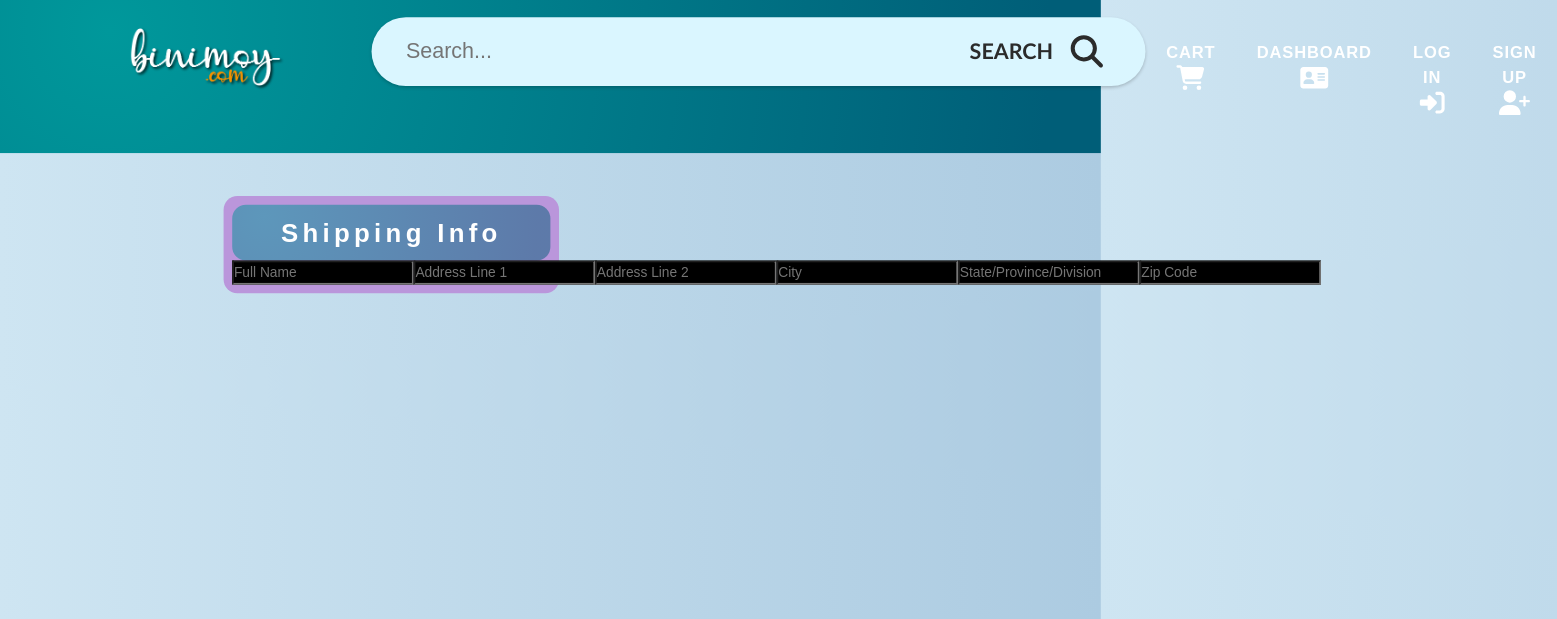
Repository: Shadman2024/2_1_DatabaseProject
Page: /checkout (app in frontend/)
An editor plug-in stored every save of this project. The page is shown before and after the next save, followed by the edit.
The browser window is 1280 px wide. The page is 1811 px wide, so the pictures cover 1811 px, including what lies to the right of the window. The pictures show the whole page, at 86% of full size.
Some web libraries are served in a nearby version. The project was rebuilt for these pictures with package versions that can differ from the ones it lists, and the page was loaded fresh each time. Also part of the build but not shown: frontend/src/App.css, frontend/src/signUp/signup.js, frontend/src/logIn/login.js, frontend/src/Home/home.module.css, frontend/src/Home/hero.js, frontend/src/Home/hero2.js, frontend/src/Home/hero3.js, frontend/src/Home/smallcategory.module.css and 31 more.

Above is the page before, as saved 2024-03-08 13:57:12.

### frontend/public/index.html
<!DOCTYPE html>
<html lang="en">

<head>
  <meta charset="utf-8" />
  <link rel="icon" href="%PUBLIC_URL%/favicon.ico" />
  <meta name="viewport" content="width=device-width, initial-scale=1" />
  <meta name="theme-color" content="#000000" />
  <meta name="description" content="Web site created using create-react-app" />
  <link rel="apple-touch-icon" href="%PUBLIC_URL%/logo192.png" />
  <!--
      manifest.json provides metadata used when your web app is installed on a
      user's mobile device or desktop. See https://developers.google.com/web/fundamentals/web-app-manifest/
    -->
  <link rel="manifest" href="%PUBLIC_URL%/manifest.json" />
  <link href="https://cdn.jsdelivr.net/npm/bootstrap@5.0.2/dist/css/bootstrap.min.css" rel="stylesheet"
    integrity="sha384-EVSTQN3/azprG1Anm3QDgpJLIm9Nao0Yz1ztcQTwFspd3yD65VohhpuuCOmLASjC" crossorigin="anonymous">
  <!--
      Notice the use of %PUBLIC_URL% in the tags above.
      It will be replaced with the URL of the `public` folder during the build.
      Only files inside the `public` folder can be referenced from the HTML.

      Unlike "/favicon.ico" or "favicon.ico", "%PUBLIC_URL%/favicon.ico" will
      work correctly both with client-side routing and a non-root public URL.
      Learn how to configure a non-root public URL by running `npm run build`.
    -->
  <title>React App</title>
</head>

<body style="background: linear-gradient(to right, #cee5f2, #accbe1);
/* Other styles */
margin: 0;
height: 100vh;
color: white;">
<!-- <body style="background: #1B1B1B"> -->


  <noscript>You need to enable JavaScript to run this app.</noscript>
  <div id="root"></div>
  <!--
      This HTML file is a template.
      If you open it directly in the browser, you will see an empty page.

      You can add webfonts, meta tags, or analytics to this file.
      The build step will place the bundled scripts into the <body> tag.

      To begin the development, run `npm start` or `yarn start`.
      To create a production bundle, use `npm run build` or `yarn build`.
    -->
  <script src="https://cdn.jsdelivr.net/npm/bootstrap@5.0.2/dist/js/bootstrap.bundle.min.js"
    integrity="sha384-MrcW6ZMFYlzcLA8Nl+NtUVF0sA7MsXsP1UyJoMp4YLEuNSfAP+JcXn/tWtIaxVXM"
    crossorigin="anonymous"></script>
  <script src="https://cdn.jsdelivr.net/npm/@popperjs/core@2.9.2/dist/umd/popper.min.js"
    integrity="sha384-IQsoLXl5PILFhosVNubq5LC7Qb9DXgDA9i+tQ8Zj3iwWAwPtgFTxbJ8NT4GN1R8p"
    crossorigin="anonymous"></script>
  <script src="https://cdn.jsdelivr.net/npm/bootstrap@5.0.2/dist/js/bootstrap.min.js"
    integrity="sha384-cVKIPhGWiC2Al4u+LWgxfKTRIcfu0JTxR+EQDz/bgldoEyl4H0zUF0QKbrJ0EcQF"
    crossorigin="anonymous"></script>
  <script src="https://code.jquery.com/jquery-3.2.1.slim.min.js"
    integrity="sha384-KJ3o2DKtIkvYIK3UENzmM7KCkRr/rE9/Qpg6aAZGJwFDMVNA/GpGFF93hXpG5KkN"
    crossorigin="anonymous"></script>
  <script src="https://cdnjs.cloudflare.com/ajax/libs/popper.js/1.12.3/umd/popper.min.js"
    integrity="sha384-vFJXuSJphROIrBnz7yo7oB41mKfc8JzQZiCq4NCceLEaO4IHwicKwpJf9c9IpFgh"
    crossorigin="anonymous"></script>
  <script src="https://maxcdn.bootstrapcdn.com/bootstrap/4.0.0-beta.2/js/bootstrap.min.js"
    integrity="sha384-alpBpkh1PFOepccYVYDB4do5UnbKysX5WZXm3XxPqe5iKTfUKjNkCk9SaVuEZflJ"
    crossorigin="anonymous"></script>


</body>

</html>

### frontend/src/index.css
*{
  margin: 0;
  outline: none;
}
body {
  margin: 0;
  font-family: -apple-system, BlinkMacSystemFont, 'Segoe UI', 'Roboto', 'Oxygen',
    'Ubuntu', 'Cantarell', 'Fira Sans', 'Droid Sans', 'Helvetica Neue',
    sans-serif;
  -webkit-font-smoothing: antialiased;
  -moz-osx-font-smoothing: grayscale;
}

code {
  font-family: source-code-pro, Menlo, Monaco, Consolas, 'Courier New',
    monospace;
}
html {
  scroll-behavior: smooth;
  position: relative;
  min-height: 100%;
  overflow-x: hidden;
}

### frontend/src/signUp/signup.module.css

.login_box {
  position: absolute;
  top: 50%;
  left: 50%;
  width: 400px;
  padding: 40px;
  margin: 20px auto;
  transform: translate(-50%, -55%);
  background-image: radial-gradient( circle farthest-corner at 10% 20%,  rgba(0,152,155,1) 0.1%, rgba(0,94,120,1) 94.2% );
  box-sizing: border-box;
  box-shadow: 0 15px 25px rgba(0,0,0,.6);
  border-radius: 10px;
  color: #ffffff;
  font-size: large;
  /* padding-left: 100px;
  padding-right: 100px; */
}
.login_box .user_box {
  position: relative;
}

.login_box .user_box input {
  width: 100%;
  padding: 10px 0;
  font-size: 16px;
  color: #fffdfd;
  margin-bottom: 30px;
  border: none;
  /* background-color: #0F1F2A; */
  border-bottom: 1px solid #ffffff;
  outline: none;
  background: transparent;
  font-size: larger;
  /* font-weight: bolder; */
}

.login_box .user_box label {
  position: absolute;
  top: -20px;
  left: 0;
  padding: 10px 0;
  font-size: 20px;
  color: #ffffff;
  /* background-color: #2E5D7F; */
  pointer-events: none;
  transition: .5s;
  font-size: large;
  /* padding: 0px;
  padding-left: 20%;
  padding-right: 20%; */
  font-weight: bold;
}

.login_box .user_box input:focus ~ label,
.login_box .user_box input:valid ~ label {
  /* top: -20px; */
  left: 0;
  color: #ffffff;
  font-size: 20px;
  /* background-color: #242424; */
  padding: 0px;
  padding-left: 10px;
  padding-right: 10px;
  font-weight: bolder;
}


.login_box p:first-child {
  margin: 0 0 30px;
  padding: 0;
  color: #ffffff;
  text-align: center;
  font-size: 1.5rem;
  font-weight: bold;
  letter-spacing: 1px;
  padding-bottom: 30px;
}




.animated_button {
  position: relative;
  display: inline-block;
  padding: 12px 24px;
  border: none;
  font-size: 16px;
  background-color: inherit;
  border-radius: 100px;
  font-weight: 600;
  color: #ffffff;
  box-shadow: 0 0 0 2px #ffffff00;
  cursor: pointer;
  overflow: hidden;
  transition: all 0.6s cubic-bezier(0.23, 1, 0.320, 1);
  text-align: center;
  font-size: 1.2rem;
  /* font-weight: bold; */
  letter-spacing: 1px;
  /* padding-bottom: 30px; */
}

.animated_button span:last-child {
  position: absolute;
  top: 50%;
  left: 50%;
  transform: translate(-50%, -50%);
  width: 20px;
  height: 20px;
  background-color: #fff;
  /* color: #000; */
  border-radius: 50%;
  opacity: 0;
  transition: all 0.8s cubic-bezier(0.23, 1, 0.320, 1);
}

.animated_button span:first-child {
  position: relative;
  z-index: 1;
}

.animated_button:hover {
  box-shadow: 0 0 0 3px #ffffff;
  color: #2F0332;
}

.animated_button:active {
  scale: 0.95;
}

.animated_button:hover span:last-child {
  width: 150px;
  height: 150px;
  opacity: 1;
}

input {
  color: white;
  background-color: black;
}

::-ms-reveal {
  filter: invert(100%);
}

/* Chrome, Safari, Edge, Opera */
input::-webkit-outer-spin-button,
input::-webkit-inner-spin-button {
-webkit-appearance: none;
margin: 0;
}

### frontend/src/logIn/login.module.css


.login_box {
  position: absolute;
  top: 50%;
  left: 50%;
  width: 400px;
  padding: 40px;
  margin: 20px auto;
  transform: translate(-50%, -55%);
  background-image: radial-gradient( circle farthest-corner at 10% 20%,  rgba(0,152,155,1) 0.1%, rgba(0,94,120,1) 94.2% );
  box-sizing: border-box;
  box-shadow: 0 15px 25px rgba(0, 0, 0, .6);
  border-radius: 10px;
  color: #ffffff;
  font-size: large;
  /* padding-left: 100px;
  padding-right: 100px; */
}

.login_box .user_box {
  position: relative;
}

.login_box .user_box input {
  width: 100%;
  padding: 10px 0;
  font-size: 16px;
  color: #fffdfd;
  margin-bottom: 30px;
  border: none;
  /* background-color: #0F1F2A; */
  border-bottom: 1px solid #ffffff;
  outline: none;
  background: transparent;
  font-size: larger;
  /* font-weight: bolder; */
}

.login_box .user_box label {
  position: absolute;
  top: -20px;
  left: 0;
  padding: 10px 0;
  font-size: 20px;
  color: #ffffff;
  /* background-color: #2E5D7F; */
  pointer-events: none;
  transition: .5s;
  font-size: large;
  /* padding: 0px;
  padding-left: 20%;
  padding-right: 20%; */
  font-weight: bold;
}

.login_box .user_box input:focus~label,
.login_box .user_box input:valid~label {
  /* top: -20px; */
  left: 0;
  color: #ffffff;
  font-size: 20px;
  /* background-color: #242424; */
  padding: 0px;
  padding-left: 10px;
  padding-right: 10px;
  font-weight: bolder;
}


.login_box p:first-child {
  margin: 0 0 30px;
  padding: 0;
  color: #ffffff;
  text-align: center;
  font-size: 1.5rem;
  font-weight: bold;
  letter-spacing: 1px;
  padding-bottom: 30px;
}




.animated_button {
  position: relative;
  display: inline-block;
  padding: 12px 24px;
  border: none;
  font-size: 16px;
  background-color: inherit;
  border-radius: 100px;
  font-weight: 600;
  color: #ffffff;
  box-shadow: 0 0 0 2px #ffffff00;
  cursor: pointer;
  overflow: hidden;
  transition: all 0.6s cubic-bezier(0.23, 1, 0.320, 1);
  text-align: center;
  font-size: 1.2rem;
  /* font-weight: bold; */
  letter-spacing: 1px;
  /* padding-bottom: 30px; */
}

.animated_button span:last-child {
  position: absolute;
  top: 50%;
  left: 50%;
  transform: translate(-50%, -50%);
  width: 20px;
  height: 20px;
  background-color: #fff;
  /* color: #000; */
  border-radius: 50%;
  opacity: 0;
  transition: all 0.8s cubic-bezier(0.23, 1, 0.320, 1);
}

.animated_button span:first-child {
  position: relative;
  z-index: 1;
}

.animated_button:hover {
  box-shadow: 0 0 0 3px #ffffff;
  color: #2F0332;
}

.animated_button:active {
  scale: 0.95;
}

.animated_button:hover span:last-child {
  width: 150px;
  height: 150px;
  opacity: 1;
}

input {
  color: white;
  background-color: black;
}

::-ms-reveal {
  filter: invert(100%);
}

### frontend/src/dashboard/dashboard.module.css
body {
    /* font-family: Arial, sans-serif; */
    margin: 0;
    padding: 0;
    box-sizing: border-box;
    /* font-size: larger; */
}

.container {
    font-size: 30px;
    display: flex;
    justify-content: space-around;
    margin: 20px;
    margin-left: 130px;
    margin-right: 130px;
}

.user_info,
.order_info {
    flex-basis: 45%;
    padding: 20px;
    box-shadow: 0 0 10px rgba(0, 0, 0, 0.1);
}


.user_photo {
    width: 200px;
    height: 200px;
    object-fit: cover;
    border-radius: 50%;
    margin-bottom: 20px;
}

h2 {
    color: #333;
    margin-bottom: 15px;
}

p {
    line-height: 1.6;
    color: #666;
}

strong {
    color: #333;
}

@media (max-width: 768px) {
    .container {
        flex-direction: column;
        align-items: center;
    }

    .user-info,
    .order-info {
        flex-basis: 90%;
    }
}

.title {
    /* Add styles for your title here */
    margin-bottom: 10px;
    /* Example space between title and wrapper */
    font-size: 30px;
    color: rgb(255, 255, 255);
    font-weight: bolder;
    padding-left: 200px;
    background-image: radial-gradient( circle farthest-corner at 10% 20%,  rgba(0,152,155,1) 0.1%, rgba(0,94,120,1) 94.2% );
    margin-top: 0px;
    letter-spacing: 5px;
}

.animated_button {
    position: relative;
    display: inline-block;
    padding: 12px 24px;
    border: none;
    font-size: 16px;
    background-color: rgb(71, 0, 73);
    border-radius: 100px;
    font-weight: 600;
    color: rgb(255, 255, 255);
    box-shadow: 0 0 0 2px #ffffff00;
    cursor: pointer;
    overflow: hidden;
    transition: all 0.6s cubic-bezier(0.23, 1, 0.320, 1);
    text-align: center;
    font-size: 1.2rem;
    /* font-weight: bold; */
    letter-spacing: 1px;
    /* padding-bottom: 30px; */
}

.animated_button span:last-child {
    position: absolute;
    top: 50%;
    left: 50%;
    transform: translate(-50%, -50%);
    width: 20px;
    height: 20px;
    background-color: rgb(71, 0, 73);
    /* color: #000; */
    border-radius: 50%;
    opacity: 0;
    transition: all 0.8s cubic-bezier(0.23, 1, 0.320, 1);
}

.animated_button span:first-child {
    position: relative;
    z-index: 1;
}

.animated_button:hover {
    box-shadow: 0 0 0 3px #ffffff;
    color: #2F0332;
}

.animated_button:active {
    scale: 0.95;
}

.animated_button:hover span:last-child {
    width: 150px;
    height: 150px;
    opacity: 1;
}
.userDetails {
    margin-bottom: 10px;
    color: #0f0f0f;
    font-size: 30px;
}

.userDetails strong {
    color: #2c2c2c;
    font-weight: bold;
}
.user_photo{
    margin-top: 10px;
}

.userDetail {
    display: flex;
    align-items: center;
    margin-bottom: 10px;
}

.detailLabel, .detailValue {
    margin-right: 100px;
}

.detailLabel {
    /* If you want the labels to have a fixed width for alignment */
    width: 220px;
    font-weight: bold;
    color: #000;
}

.detailValue {
    flex-grow: 1;
    color: #333;
}

/* Your existing styles */

### frontend/src/orders/orders.module.css
/* orders.module.css */
.orders_container {
  padding: 20px;
  /* background: #f5f5f5; */
  border-radius: 8px;
  /* box-shadow: 0 2px 4px rgba(0,0,0,0.1); */
  margin-left: 250px;
  margin-right: 250px;
  margin-left: 250px;
  margin-top: 40px;
  margin-right: 250px;
  padding: 20px;
  /* background-color: #f9f9f9; */
  border-radius: 8px;
  box-shadow: 0 2px 4px rgba(0,0,0,0.3);
  background-color: #97adda;
}

.title {
  font-size: 30px;;
  color: rgb(255, 255, 255);
  font-weight: bolder;
  background-image: radial-gradient( circle farthest-corner at 10% 20%,  rgba(0,152,155,50%) 0.1%, rgba(0,94,120,50%) 94.2% );
  margin-top: 0px;
  /* background-color: #ba96db; */
  letter-spacing: 5px;
  margin-bottom: 0px;
  padding-bottom: 0px;
  border-radius: 0.5rem;
  padding: 10px;
  text-align: center;
  border-radius: 1rem 1rem 1rem 1rem;
  margin-bottom: 10px;
}

.order {
  /* background: #ffffff; */
  padding: 15px;
  margin-bottom: 20px;
  /* border-radius: 8px; */
  /* box-shadow: 0 1px 3px rgba(0,0,0,0.12), 0 1px 2px rgba(0,0,0,0.24); */
  font-size: 20px;
  border-radius: 1rem 1rem 1rem 1rem;
  background-color: white;
}

.order h3 {
  color: #0275d8;
  font-size: 20px;
  margin-top: 0;
  margin-bottom: 10px;
}

.order p {
  color: #313131;
  margin: 5px 0;
}

ul {
  list-style-type: none;
  padding: 0;
}

li {
  margin: 5px 0;
  color: #363636;
}

strong {
  color: #333;
}

/* Specific styles for shipping and payment sections */
.order > div {
  margin-top: 10px;
  padding-top: 10px;
  border-top: 1px solid #eee;
}

/* Adjust the below properties as per your UI requirements */
.orders_table {
  width: 100%;
  border-collapse: collapse;
}

.orders_table th, .orders_table td {
  text-align: left;
  padding: 8px;
  border-bottom: 1px solid #ddd;
}

.orders_table th {
  background-color: #f9f9f9;
}
.orders_table {
  width: 100%;
  margin-top: 10px;
  border-collapse: collapse;
}

.orders_table th, .orders_table td {
  text-align: left;
  padding: 8px;
  border-bottom: 1px solid #ddd;
}

.orders_table th {
  background-color: teal;
  /* color: #313131; */
}
.orders_table td {
  background-color: #e0e0e0;
  color: #313131;
}

### frontend/src/checkout/checkout.module.css
.container{
    display: flex;
    margin-left: 250px;
    margin-right: 250px;
    margin-top: 40px;
}
.shipping{
    background-color: #ba96db;
    padding: 10px;
    width: 50%;
    margin: 10px;
    border-radius: 1rem 1rem 1rem 1rem;
}
.payment{
    background-color: #9acc9a;
    padding: 10px;
    width: 50%;
    margin: 10px;
    border-radius: 1rem 1rem 1rem 1rem;
}
.title {
    font-size: 30px;;
    color: rgb(255, 255, 255);
    font-weight: bolder;
    background-image: radial-gradient( circle farthest-corner at 10% 20%,  rgba(0,152,155,50%) 0.1%, rgba(0,94,120,50%) 94.2% );
    margin-top: 0px;
    /* background-color: #ba96db; */
    letter-spacing: 5px;
    margin-bottom: 0px;
    padding-bottom: 0px;
    border-radius: 0.5rem;
    padding: 10px;
    text-align: center;
    border-radius: 1rem 1rem 1rem 1rem;
}
.checkoutForm{
    display: flex;
}

### frontend/src/Home/hero.module.css
.hero {
    /* height: 100vh; */
    background: linear-gradient(180deg, #fde1ff, #e1ffea22 60%);
    display: flex;
    margin-bottom: 25px;
}

.hero_left {
    flex: 1;
    display: flex;
    flex-direction: column;
    /* justify-content: center; */
    padding-top: 10px;
    gap: 2px;
    padding-left: 10px;
    line-height: 1.1;
}

.hero_left h2 {
    color: rgb(41, 0, 35);
    font-size: 26 px;
    font-weight: 600;
}

.hero_left p {
    color: rgb(50, 0, 54);
    font-size: 100px;
    font-weight: 600;
}

.hero_hand_icon {
    display: flex;
    align-items: center;
    gap: 20px;
}

.image {
    /* max-width: 100%; */
    width: 199%;
    height: 500px;
    display: block; /* Ensure images resize within their container */
    border: 2px solid black;
    border-radius: 0.4rem;
  }

/* .hero-latest-btn{
    display: flex;
    justify-content: center;
    align-items: center;
    gap: 15px;
    width: 310px;
    height: 70px;
    background: #3d1a3f;
    color: white;
    font-size: 22px;
    font-weight: 500;

} */

.hero_right {
    flex: 1;
    display: flex;
    align-items: center;
    justify-content: center;
}

button {
    position: relative;
    display: inline-block;
    cursor: pointer;
    outline: none;
    border: 0;
    vertical-align: middle;
    text-decoration: none;
    background: transparent;
    padding: 0;
    font-size: inherit;
    font-family: inherit;
}

button.learn_more {
    width: 12rem;
    height: auto;
}

button.learn_more .circle {
    transition: all 0.45s cubic-bezier(0.65, 0, 0.076, 1);
    position: relative;
    display: block;
    margin: 0;
    width: 3rem;
    height: 3rem;
    background: #ffffff;
    border-radius: 1.625rem;
}

button.learn_more .circle .icon {
    transition: all 0.45s cubic-bezier(0.65, 0, 0.076, 1);
    position: absolute;
    top: 0;
    bottom: 0;
    margin: auto;
    background: #ffffff;
}

button.learn_more .circle .icon {
    transition: all 0.45s cubic-bezier(0.65, 0, 0.076, 1);
    left: 0.625rem;
    width: 1.125rem;
    height: 0.125rem;
    background: none;
}

button.learn_more .circle .icon::before {
    position: absolute;
    content: "";
    top: -0.29rem;
    right: 0.0625rem;
    width: 0.625rem;
    height: 0.625rem;
    border-top: 0.125rem solid #020202;
    border-right: 0.125rem solid #000000;
    transform: rotate(45deg);
}

button.learn_more .button_text {
    transition: all 0.45s cubic-bezier(0.65, 0, 0.076, 1);
    position: absolute;
    top: 0;
    left: 0;
    right: 0;
    bottom: 0;
    padding: 0.75rem 0;
    margin: 0 0 0 1.85rem;
    color: #ffffff;
    font-weight: 700;
    line-height: 1.6;
    text-align: center;
    text-transform: uppercase;
}

button:hover .circle {
    width: 100%;
}

button:hover .circle .icon{
    background: #000000;
    transform: translate(1rem, 0);
}

button:hover .button_text {
    color: #000000;
}

### frontend/src/Home/hero3.module.css
.hero {
    height: 10vh;
    /* Layer the gradient over the image */
    background-image: linear-gradient(90deg, #ffffff, #ffffff22 70%), url('hero3image.jpg');
    background-size: cover; /* Cover the entire area */
    background-position: center; /* Center the image */
    display: flex;
    padding-top: 20%;
    padding-bottom: 20%;
    /* If you want the image to not scroll with the page, use the following line */
    background-attachment: fixed;
}


.hero_left {
    flex: 1;
    display: flex;
    flex-direction: column;
    justify-content: center;
    gap: 20px;
    padding-left: 180px;
    line-height: 1.1;
}

.hero_left h2 {
    color: rgb(46, 0, 27);
    font-size: 26px; /* Corrected the space issue between '26' and 'px' */
    font-weight: 600;
    /* text-shadow: 2px 2px 4px rgba(0, 0, 0, 0.9); Example shadow: horizontal, vertical, blur, color */
}

.hero_left p {
    color: rgb(58, 0, 50);
    font-size: 100px;
    font-weight: 600;
    /* text-shadow: 3px 9px 9px rgba(0, 0, 0, 0.9); Slightly larger shadow for larger text */
}


.hero_hand_icon {
    display: flex;
    align-items: center;
    gap: 20px;
}

/* .hero-latest-btn{
    display: flex;
    justify-content: center;
    align-items: center;
    gap: 15px;
    width: 310px;
    height: 70px;
    background: #3d1a3f;
    color: white;
    font-size: 22px;
    font-weight: 500;

} */

.hero_right {
    flex: 1;
    display: flex;
    align-items: center;
    justify-content: center;
}

button {
    position: relative;
    display: inline-block;
    cursor: pointer;
    outline: none;
    border: 0;
    vertical-align: middle;
    text-decoration: none;
    background: transparent;
    padding: 0;
    font-size: inherit;
    font-family: inherit;
}

button.learn_more {
    width: 12rem;
    height: auto;
}

button.learn_more .circle {
    transition: all 0.45s cubic-bezier(0.65, 0, 0.076, 1);
    position: relative;
    display: block;
    margin: 0;
    width: 3rem;
    height: 3rem;
    background: #360029;
    border-radius: 1.625rem;
}

button.learn_more .circle .icon {
    transition: all 0.45s cubic-bezier(0.65, 0, 0.076, 1);
    position: absolute;
    top: 0;
    bottom: 0;
    margin: auto;
    background: #1d0018;
}

button.learn_more .circle .icon {
    transition: all 0.45s cubic-bezier(0.65, 0, 0.076, 1);
    left: 0.625rem;
    width: 1.125rem;
    height: 0.125rem;
    background: none;
}

button.learn_more .circle .icon::before {
    position: absolute;
    content: "";
    top: -0.29rem;
    right: 0.0625rem;
    width: 0.625rem;
    height: 0.625rem;
    border-top: 0.125rem solid #ffffff;
    border-right: 0.125rem solid #ffffff;
    transform: rotate(45deg);
}

button.learn_more .button_text {
    transition: all 0.45s cubic-bezier(0.65, 0, 0.076, 1);
    position: absolute;
    top: 0;
    left: 0;
    right: 0;
    bottom: 0;
    padding: 0.75rem 0;
    margin: 0 0 0 1.85rem;
    color: #1b0017;
    font-weight: 700;
    line-height: 1.6;
    text-align: center;
    text-transform: uppercase;
}

button:hover .circle {
    width: 100%;
}

button:hover .circle .icon{
    background: #ffffff;
    transform: translate(1rem, 0);
}

button:hover .button_text {
    color: #ffffff;
}

Loaded but not shown: frontend/src/NavBar/nav.js (82 lines, source omitted); frontend/src/checkout/checkout.js (70 lines, source omitted); frontend/src/App.js (81 lines, source omitted); frontend/src/index.js (10 lines, source omitted); frontend/src/seach/search.module.css (299 lines, source omitted); frontend/src/NavBar/nav.module.css (307 lines, source omitted); frontend/src/Home/hero2.module.css (153 lines, source omitted); frontend/src/admin/admin.module.css (no stored copy; drawn as an empty file)

After the next save:
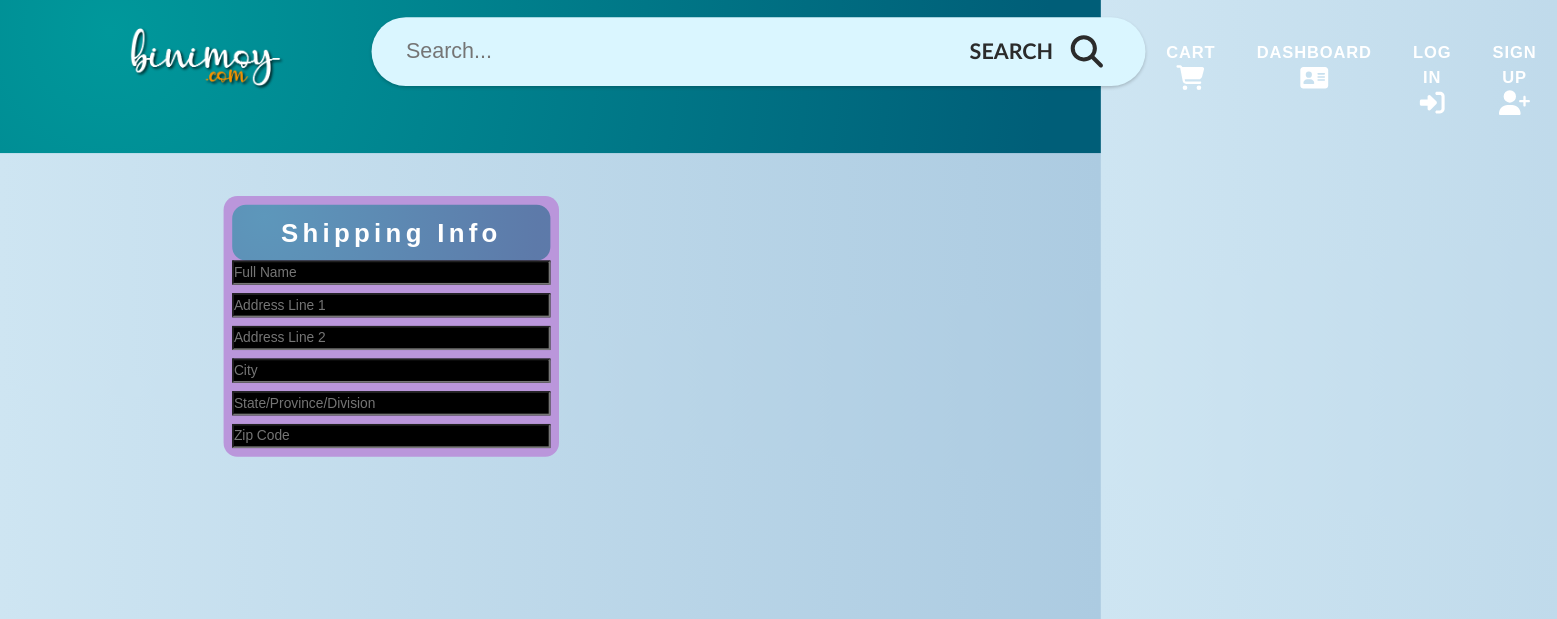
Saved 72 s later.
--- a/frontend/src/checkout/checkout.module.css
+++ b/frontend/src/checkout/checkout.module.css
@@ -33,6 +33,8 @@
     text-align: center;
     border-radius: 1rem 1rem 1rem 1rem;
 }
-.checkoutForm{
+.checkoutForm {
     display: flex;
+    flex-direction: column; /* This aligns children vertically */
+    gap: 10px; /* Optional: adds space between form fields */
 }
